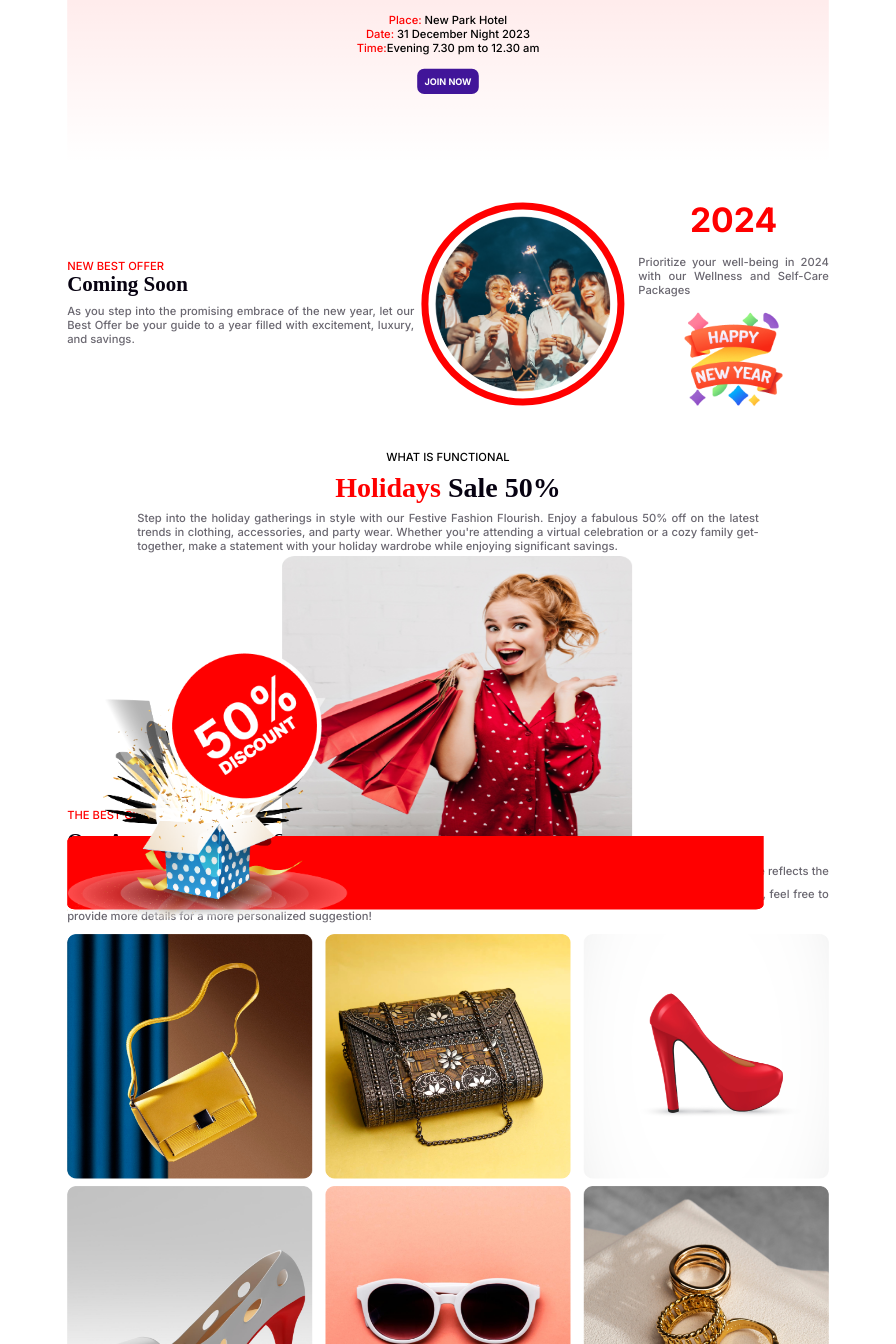
Repository: sumonkumarsarkar/new-year-2024
Page: index.html
An editor plug-in stored every save of this project. The page is shown before and after the next save, followed by the edit.
The browser window is 1280 px wide. The pictures show the part of the page from y = 1935 to 3855 px (the page is 5183 px tall before and 5143 px after), at 70% of full size.

Above is the page before, as saved 2024-01-08 19:49:27.

After the next save:
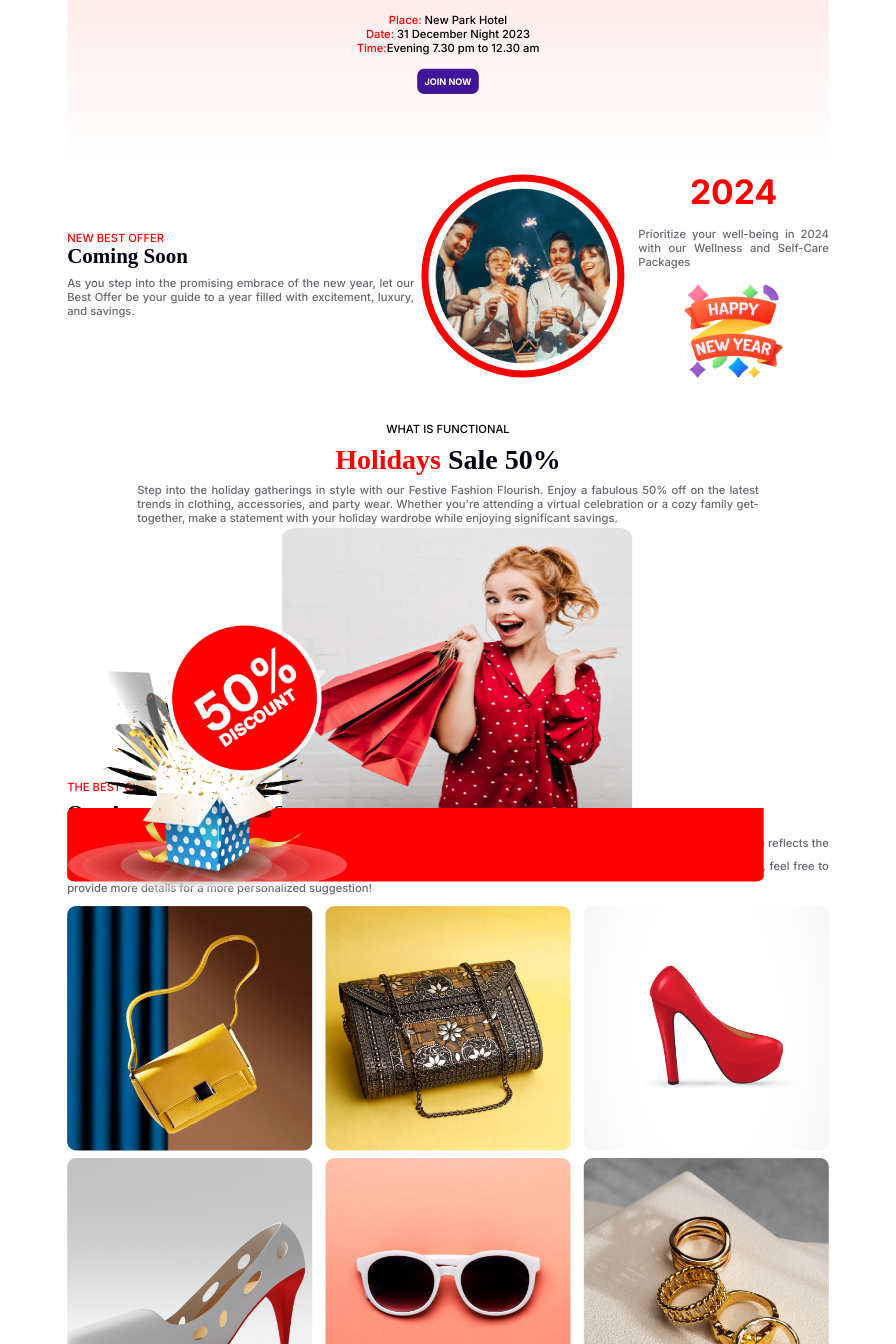
Saved 60 s later.
--- a/style.css
+++ b/style.css
@@ -208,7 +208,7 @@
 }
 .best-banner{
     background: #FFF;
-    margin-top: 50px;
+    margin-top: 10px;
 }
 .offer-text h5{
 color: #F00;

After the save that followed:
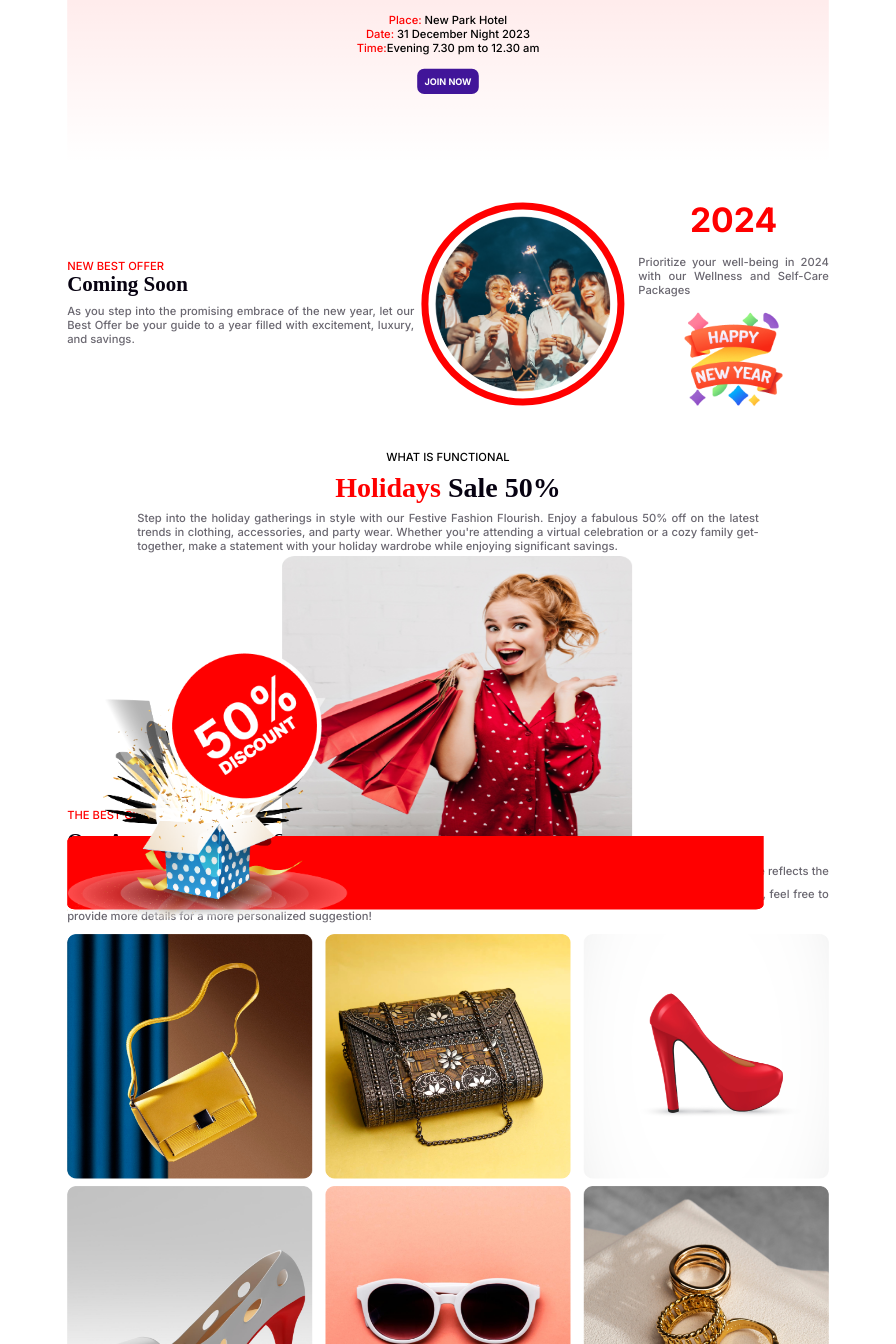
Saved 55 s later.
--- a/style.css
+++ b/style.css
@@ -200,15 +200,15 @@
 
 
 /* best offer start  */
-
+#best-offer
 .best-offer-text{
     display: flex;
     justify-content: space-between;
     align-items: center;
 }
-.best-banner{
+#best-banner{
     background: #FFF;
-    margin-top: 10px;
+    margin-top: 50px;
 }
 .offer-text h5{
 color: #F00;
